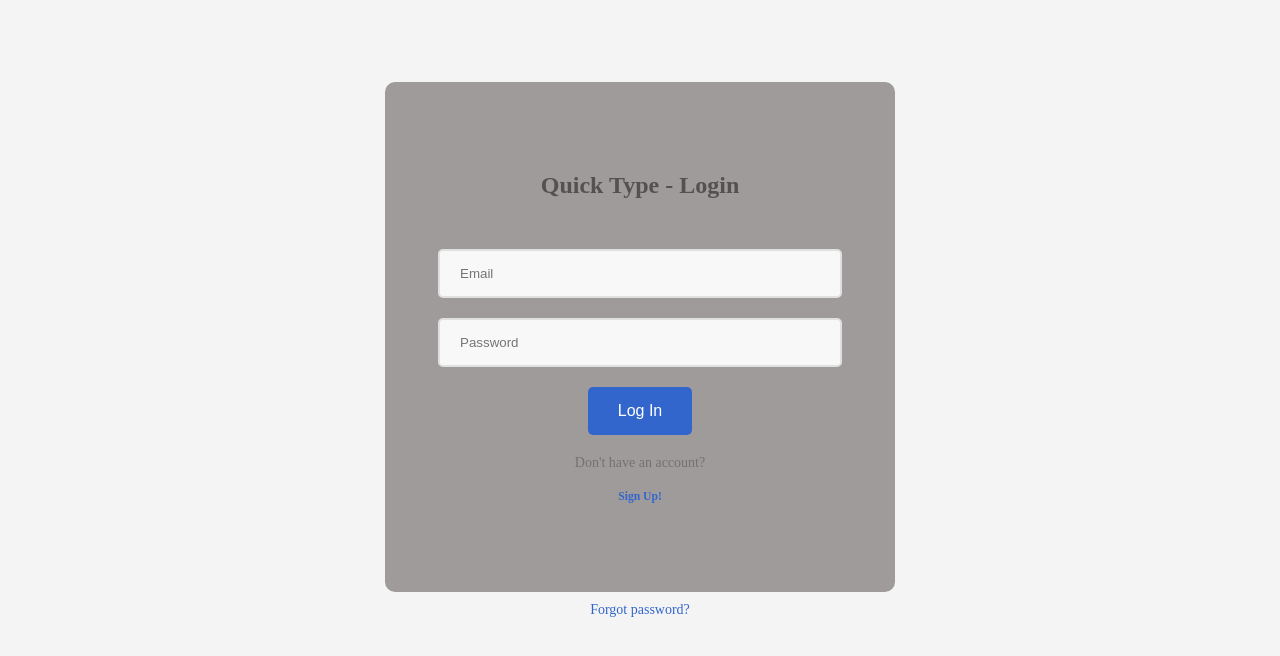
Repository: BuddyBob/mathmaking
Page: /#/login
The author's editor kept a copy of each file at every save. The page is drawn from the files as they stood at one save, then again after the next save.
The browser window is 1280 px wide. The pictures show the whole page.
The project was rebuilt for these pictures with package versions that can differ from the ones it lists, and the page was loaded fresh each time. Also part of the build but not shown: webpack.config.js, src/Home.js, src/components/register/Signup.js.

Above is the page before, as saved 2023-06-10 11:30:47.

### public/index.html
<!DOCTYPE html>
<html lang="en">
  <head>
    <meta charset="utf-8" />
    <link rel="icon" href="%PUBLIC_URL%/favicon.ico" />
    <meta name="viewport" content="width=device-width, initial-scale=1" />
    <meta name="theme-color" content="#000000" />
    <meta
      name="description"
      content="Web site created using create-react-app"
    />
    <link rel="apple-touch-icon" href="%PUBLIC_URL%/logo192.png" />

    <link rel="manifest" href="%PUBLIC_URL%/manifest.json" />

    <title>Math Making</title>
  </head>
  <body>
    <noscript>You need to enable JavaScript to run this app.</noscript>
    <div id="root"></div>

  </body>
</html>

### src/index.js
import App from './App';
import { AuthProvider } from './components/context/AuthContext';
import React from 'react';
import ReactDOM from 'react-dom';
import { HashRouter as Router } from 'react-router-dom';
ReactDOM.render(

    <Router>
        <AuthProvider>
        < App />
        </AuthProvider>
    </Router>, document.getElementById("root"));

### src/App.js
import {
  Route,
  Routes,
} from "react-router-dom";

import Home from "./Home";
import Login from './components/register/Login'
import Signup from './components/register/Signup'

export default function App() {
  return (
        <Routes>
            <Route  exact path='/' element={<Home/>} />
            <Route exact path='/signup' element={<Signup/>}/>
            <Route exact path='/login' element={<Login/>}/>
        </Routes>
  );
}

### src/components/context/AuthContext.js
import React,  { useContext, useState, useEffect } from 'react'
import { auth } from '../../firebase'
const AuthContext = React.createContext()
export function useAuth() {
    return useContext(AuthContext)
}
export function AuthProvider({children}) {
    const [currentUser, setCurrentUser] = useState()
    const [loading, setLoading] = useState(true)
    function signup(email,password){
        return auth.createUserWithEmailAndPassword(email,password)
    }
    function login(email,password){
        return auth.signInWithEmailAndPassword(email,password)
    }
    function logout(){
        return auth.signOut()
    }
    function resetPassword(email){
        return auth.sendPasswordResetEmail(email)
    }
    useEffect(() => {
        const unsubscribe = auth.onAuthStateChanged(user => {
            setCurrentUser(user)
            setLoading(false)
        })
        return unsubscribe
    }, [])

    const value = {
        currentUser,
        login,
        signup,
        logout,
        resetPassword,
    }
    return (

        <AuthContext.Provider value={value}>
            {!loading && children}
        </AuthContext.Provider>
    )
}

### src/components/register/Login.js
import './Register.css'

import { Alert, AlertTitle } from '@material-ui/lab';
import React, { useRef, useState } from 'react'

import CloseIcon from '@material-ui/icons/Close';
import IconButton from '@material-ui/core/IconButton';
import { Link } from 'react-router-dom'
import { makeStyles } from '@material-ui/core/styles';
import { useAuth } from '../context/AuthContext'
import { useNavigate } from 'react-router-dom';

const useStyles = makeStyles((theme) => ({
    root: {
      width: '100%',
      '& > * + *': {
        marginTop: theme.spacing(),
      },
    },
    errorText: {
        textAlign: 'left'
    }
  }));
function modErrors(error){
    console.log(error)
    switch (true){
        case error === 'There is no user record corresponding to this identifier. The user may have been deleted.':
            error = "We could not find this user."
        case error === "The password is invalid or the user does not have a password.":
            error = "We could not find this user."
    }
    return error;

}
const Login = () =>  {
        const classes = useStyles();
        const emailRef = useRef()
        const passwordRef = useRef()
        const { login } = useAuth()
        const [error, setError] = useState('')
        const [loading, setLoading] = useState("false")
        const navigate = useNavigate();
        async function handleSubmit(e) {
            e.preventDefault()
            try {
              setError('')
              setLoading("true")
              const x = await login(emailRef.current.value, passwordRef.current.value)
              console.log("LOGGED IN TO USER", x.user.uid)
              localStorage.setItem("currentUserId",x.user.uid)
              navigate('/')
            } catch(err) {
                setError(modErrors(err.message))
            }

            setLoading("false")
        }

        return (
            <div>
                <div className="wrapper fadeInDown">
                    <div id="formContent">
                        <div className="fadeIn first">
                        <h2 className="register-title">Quick Type - Login</h2>
                        </div>
                        {error &&
                            <div className={classes.root}>
                                <Alert
                                    action={
                                        <IconButton
                                        aria-label="close"
                                        color="inherit"
                                        size="small"
                                        onClick={() => {
                                            setError('');
                                        }}
                                        >
                                        <CloseIcon className={classes.closeIcon} fontSize="inherit" />
                                        </IconButton>
                                    }
                                className={classes.errorText}
                                severity="error">
                                    <AlertTitle>Oh No!</AlertTitle>
                                    {error}
                                </Alert>
                            </div>
                        }
                        <form onSubmit={handleSubmit}>
                            <input autoComplete="off" ref={emailRef} type="text" id="email" className="fadeIn second" name="login" placeholder="Email" required/>
                            <input autoComplete="off" ref={passwordRef} type="password" id="password" className="fadeIn third" name="login" placeholder="Password" required/>
                            <input disable={loading} type="submit" className="fadeIn fourth" value="Log In"/>
                        </form>
                        <div className="redirect-register">
                            <span className="redirect-register-text">Don't have an account? <Link to="/signup" style={{ textDecoration: 'none' }}><h5 className="redirect-register-click">Sign Up!</h5></Link></span>
                        </div>
                    </div>
                    <div className="pt-2 forgot-pwd">
                        <Link to="/forgot-password"> <span >Forgot password?</span></Link>
                    </div>
                </div>
            </div>
        )
}
export default Login

### src/firebase.js
import 'firebase/compat/auth';
import 'firebase/compat/firestore';

import firebase from 'firebase/compat/app';

const app = firebase.initializeApp({
    apiKey: "AIzaSyDUYKn6vGOKdjmqakLQxaPY67alcD0Vsd8",
    authDomain: "mathmaking-f547c.firebaseapp.com",
    projectId:  "mathmaking-f547c",
    storageBucket: "mathmaking-f547c.appspot.com",
    messagingSenderId: "939151747045",
    appId: "1:939151747045:web:788ff28e0c364e37fab10c"
})
export const auth = app.auth()
export var db = firebase.firestore();

### src/index.css
:root {
  --primary-color: #3366CC;
  --secondary-color: #FF9933;
  --background-color: #F4F4F4;
  --text-color: #737272;
  --title-color: #565151;
}
@import url('https://fonts.googleapis.com/css2?family=Open+Sans:wght@300;400&family=Roboto:wght@500&display=swap');

html {
  -webkit-overflow-x-scrolling: hidden;
  overflow-x: hidden !important;
}

body {
  margin: 0;
  padding: 0;
  -webkit-overflow-x-scrolling: hidden;
  overflow-x: hidden !important;
  color: var(--text-color);
  height: 100%;
  flex-direction: column;
  justify-content: center;
  align-items: center;
}

@media screen and (min-height: 800px) {
  body {
    overflow-y: hidden;
  }
}

.title {
  font-family: 'Open Sans', sans-serif;
  font-family: 'Roboto', sans-serif;
  font-size: 100px;
  color: var(--title-color);
  text-align: center;
  margin-bottom: 10px;
}

.subtitle {
  font-family: 'Verdana', sans-serif;
  font-size: 22pt;
  color: var(--text-color);
  text-align: center;
  margin-top: 5px;
}

.container {
  display: flex;
  justify-content: center;
  align-items: center;
  height: 100vh;
}

.login-button {
  display: inline-block;
  padding: 10px 20px;
  font-family: 'Arial', sans-serif;
  font-size: 16px;
  color: #fff;
  background-color: var(--primary-color);
  border: none;
  border-radius: 5px;
  cursor: pointer;
  transition: background-color 0.3s ease;
}

.login-button:hover {
  background-color: var(--secondary-color);
}

.login-button:focus {
  outline: none;
}

.login-button:active {
  background-color: var(--highlight);
}

.Home {
  text-align: center;
}

.addUser-icon,
.login-icon {
  color: var(--text-color);
  margin: 10px;
  transition: color 0.3s ease;
}

.addUser-icon:hover,
.login-icon:hover {
  color: var(--primary-color);
}

### src/components/register/Register.css
:root {
  --primary-color: #3366CC;
  --secondary-color: #FF9933;
  --background-color: #F4F4F4;
  --background-color2: rgb(159, 155, 155);
  --text-color: #737272;
  --title-color: #565151;
}
  /* Wrapper */
  .wrapper {
    display: flex;
    align-items: center;
    justify-content: center;
    flex-direction: column;
    min-height: 100vh;
    background-color: var(--background-color);
  }

  /* Form Content */
  #formContent {
    background-color: var(--background-color2);
    padding: 30px;
    width: 90%;
    max-width: 450px;
    height: 450px;
    border-radius: 10px;
    text-align: center;
  }

  /* Title */
  .register-title {
    color: var(--title-color);
    font-size: 24px;
    margin-bottom: 50px;
    margin-top: 60px;
  }

  /* Error Message */
  .error-container {
    margin-bottom: 20px;
  }

  .error-text {
    color: var(--title-color);
    font-size: 14px;
    text-align: left;
  }

  .closeIcon {
    color: var(--title-color);
  }

  /* Form Inputs */
  input[type="text"],
  input[type="password"] {
    background-color: #F8F8F8;
    border: 2px solid #E0E0E0;
    color: var(--text-color);
    padding: 15px 20px;
    margin-bottom: 20px;
    width: 80%;
    border-radius: 5px;
    transition: border-color 0.3s ease;
  }

  input[type="text"]:focus,
  input[type="password"]:focus {
    border-color: var(--primary-color);
    outline: none;
  }

  /* Submit Button */
  input[type="submit"] {
    background-color: var(--primary-color);
    border: none;
    color: #FFFFFF;
    padding: 15px 30px;
    text-align: center;
    text-decoration: none;
    font-size: 16px;
    border-radius: 5px;
    cursor: pointer;
    transition: background-color 0.3s ease;
  }

  input[type="submit"]:hover {
    background-color: var(--secondary-color);
  }

  /* Redirect Register */
  .redirect-register {
    margin-top: 20px;
    color: var(--text-color);
    font-size: 14px;
  }

  .redirect-register-text {
    color: var(--text-color);
  }

  .redirect-register-click {
    color: var(--primary-color);
    text-decoration: none;
  }

  .redirect-register-click:hover {
    text-decoration: underline;
  }

  /* Forgot Password */
  .forgot-pwd {
    margin-top: 10px;
    color: var(--text-color);
    font-size: 14px;
    text-align: center; /* Center the text horizontally */
    margin-bottom: 20px; /* Add some space below the forgot password link */
  }

  .forgot-pwd a {
    color: var(--primary-color);
    text-decoration: none;
  }

  .forgot-pwd a:hover {
    text-decoration: underline;
  }

After the next save:
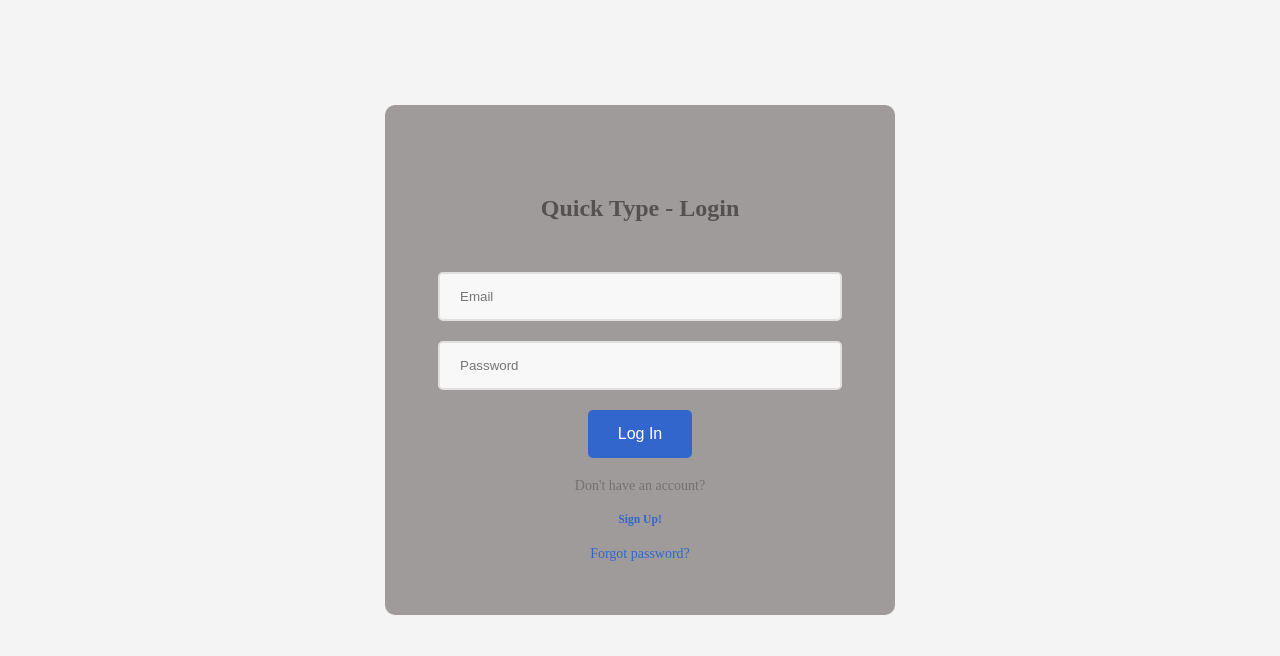
Saved 18 s later.
--- a/src/components/register/Login.js
+++ b/src/components/register/Login.js
@@ -93,9 +93,9 @@
                         <div className="redirect-register">
                             <span className="redirect-register-text">Don't have an account? <Link to="/signup" style={{ textDecoration: 'none' }}><h5 className="redirect-register-click">Sign Up!</h5></Link></span>
                         </div>
+                        <div className="pt-2 forgot-pwd">
+                        <Link to="/forgot-password"> <span >Forgot password?</span></Link>
                     </div>
-                    <div className="pt-2 forgot-pwd">
-                        <Link to="/forgot-password"> <span >Forgot password?</span></Link>
                     </div>
                 </div>
             </div>

After the save that followed:
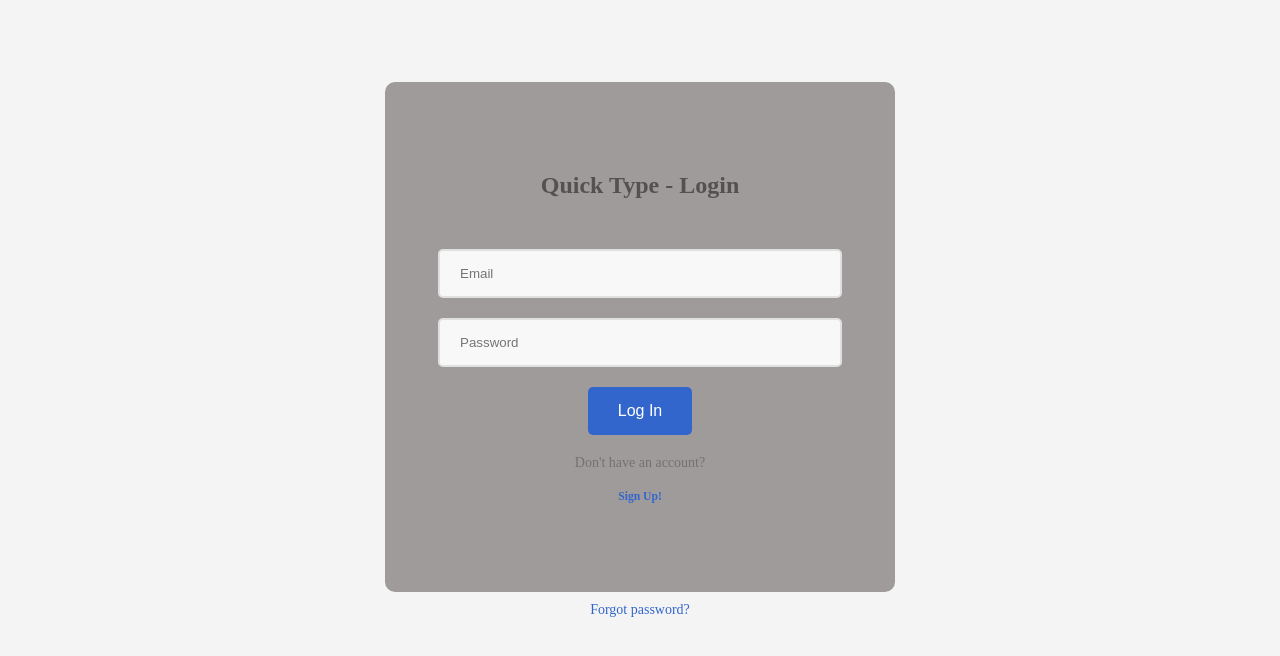
Saved 16 s later.
--- a/src/components/register/Login.js
+++ b/src/components/register/Login.js
@@ -93,9 +93,9 @@
                         <div className="redirect-register">
                             <span className="redirect-register-text">Don't have an account? <Link to="/signup" style={{ textDecoration: 'none' }}><h5 className="redirect-register-click">Sign Up!</h5></Link></span>
                         </div>
-                        <div className="pt-2 forgot-pwd">
+                    </div>
+                    <div className="pt-2 forgot-pwd">
                         <Link to="/forgot-password"> <span >Forgot password?</span></Link>
-                    </div>
                     </div>
                 </div>
             </div>
